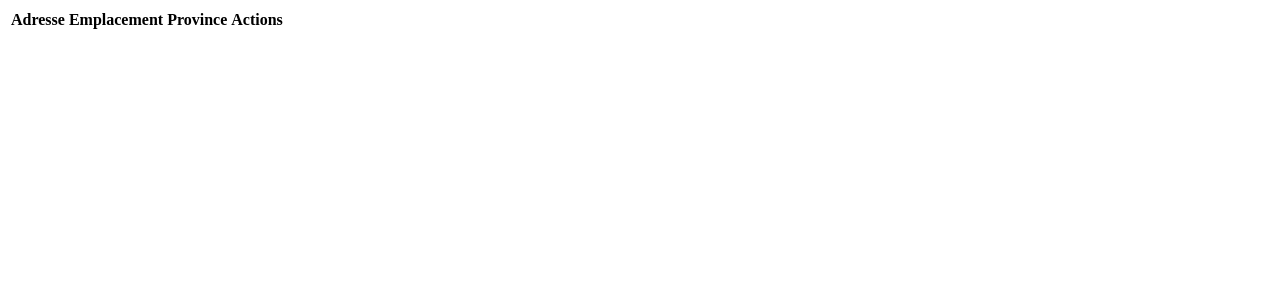
Repository: mitantsoa1/cash
Page: http://localhost/Views/Front/affichage_telephone.php
An editor plug-in stored every save of this project. The page is shown before and after the next save, followed by the edit.
The browser window is 1280 px wide. The pictures show the whole page.
The page is run by PHP 8.4 with error messages shown; the project is at /var/www/html/. Queries for data that is not in the repository find no rows.

Above is the page before, as saved 2021-01-21 16:17:26.
Console error: ReferenceError: $ is not defined

After the next save:
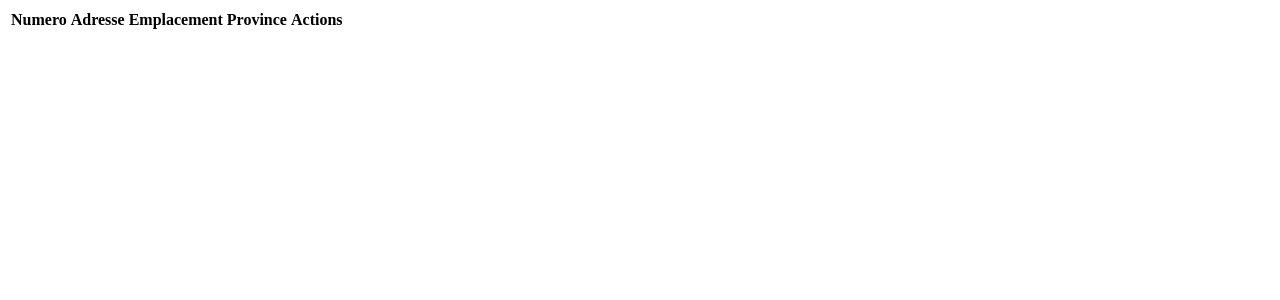
Saved 57 s later.
--- a/Views/Front/affichage_telephone.php
+++ b/Views/Front/affichage_telephone.php
@@ -19,7 +19,8 @@
                 ->executeSP();
 
 	echo "<table class='table table-striped table-hover table-bordered mTable'>
-			<thead>
+            <thead>
+                <th>Numero</th>
 				<th>Adresse</th>
 				<th>Emplacement</th>
 				<th>Province</th>
@@ -28,7 +29,8 @@
 			<tbody>";
 
     for ($i=0; $i < count($table); $i++) {
-    	echo "<tr>
+        echo "<tr>
+                <td>".$table[$i]->numero."</td>
 				<td>".$table[$i]->lot."</td>
 				<td>".$table[$i]->emplacement."</td>
     			<td>".$table[$i]->province."</td>
